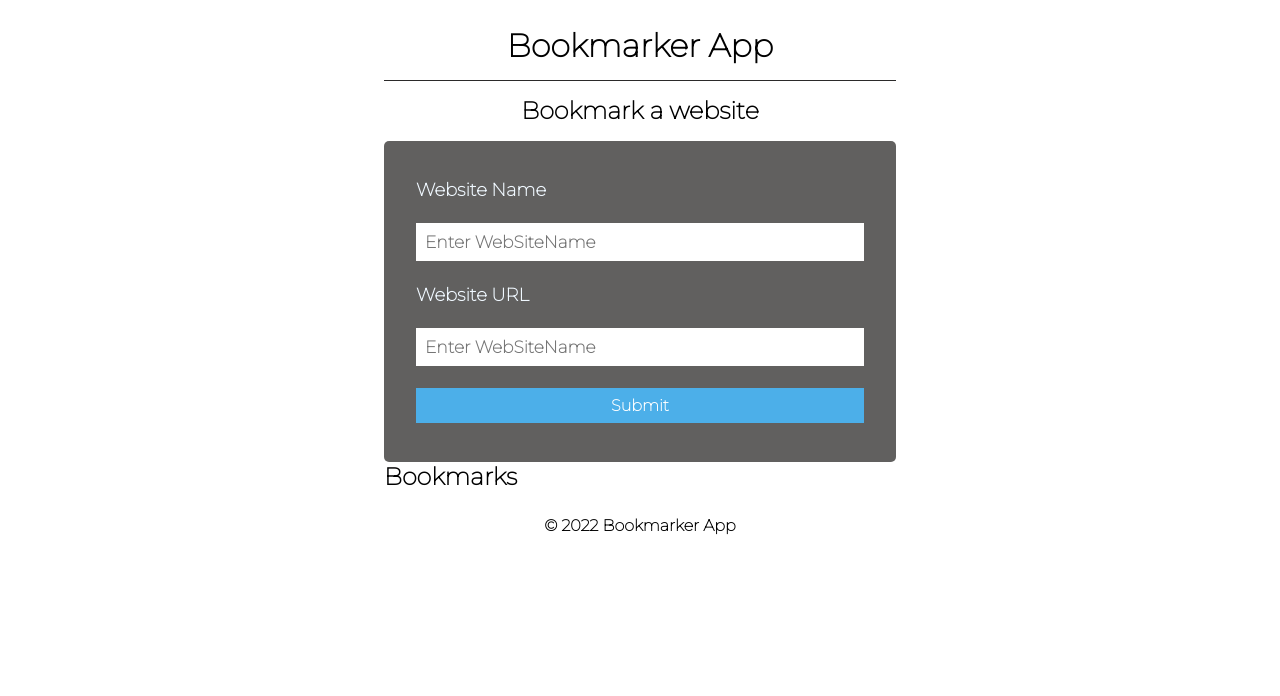
Repository: Suporl9/BookMarkerApp
Page: index.html
These files come from the project's save history. The page is drawn as it stood at one moment and after the next save; the edit follows.
The browser window is 1280 px wide. The pictures show the whole page.

Above is the page before, as saved 2021-11-23 21:54:10.

### index.html
<!DOCTYPE html>
<html lang="en">
  <head>
    <meta charset="UTF-8" />
    <meta http-equiv="X-UA-Compatible" content="IE=edge" />
    <meta name="viewport" content="width=device-width, initial-scale=1.0" />
    <link rel="stylesheet" href="./style.css" />
    <title>Document</title>
  </head>
  <body onload="fetchBookMarkData()">
    <div class="container">
      <div class="innerContainer">
        <div class="ininContainer">
          <div class="bookmarkerSection"><h1>Bookmarker App</h1></div>
          <!-- <h1>Bookmarker App</h1> -->
          <div class="vh"></div>
          <div class="formInput">
            <form class="formSec">
              <h2 class="h2class">Bookmark a website</h2>
              <div class="sitesec">
                <label class="labc" name="siteName">Website Name</label>
                <input
                  type="text"
                  name="sitename"
                  id="sitenameid"
                  placeholder="Enter WebSiteName"
                  class="inpClass"
                />
                <label class="labc" name="siteName">Website URL</label>
                <input
                  type="text"
                  name="sitename"
                  id="urlid"
                  class="inpClass"
                  placeholder="Enter WebSiteName"
                />
                <button class="submBtn">Submit</button>
              </div>
            </form>
          </div>
          <div class="toBeAdded">
            <h2>Bookmarks</h2>
          </div>
          <footer class="footer">
            <p>&copy; 2022 Bookmarker App</p>
          </footer>
        </div>
      </div>
    </div>
    <script src="main.js"></script>
  </body>
</html>

### style.css
@import url("https://fonts.googleapis.com/css2?family=Montserrat:wght@100&display=swap");

:root {
  --main-bg-color: rgb(255, 255, 255);
  --main-grey: rgb(97, 96, 95);
}
* {
  font-family: "Montserrat", sans-serif;
  box-sizing: border-box; /* includes padding in height and width(the box outside doesnot get bigger when adding padding and stuff)*/
  margin: 0;
  padding: 0;
  font-weight: bold;
  border: none;
}
body {
  width: 80%;
  margin: auto;
}
.container {
  font-family: "Montserrat", sans-serif;

  display: flex;
  justify-content: center;
}
.innerContainer {
  /* display: flex;
  flex-direction: column; */
  width: 50%;
  margin: auto;
  /* justify-content: center;
  align-self: center; */
}
.ininContainer {
  display: flex;
  flex-direction: column;
  margin-top: 5%;
  /* align-content: center; */
  /* justify-content: center; */
}
.bookmarkerSection {
  display: flex;
  justify-content: center;
}
.vh {
  border-bottom: 1px solid rgb(43, 42, 42);
  margin-top: 3%;
}
/* .formInput {
  display: flex;
  flex-direction: column;
  justify-content: center;
} */
.h2class {
  align-self: center;
  margin-bottom: 3%;
}
.formSec {
  display: flex;
  flex-direction: column;
  margin-top: 3%;
  /* justify-content: end; */
  /* width: 0%; */
  /* align-content: center; */
}
.sitesec {
  display: flex;
  flex-direction: column;
  background-color: var(--main-grey);
  padding: 1rem 2rem;
  /* padding-bottom: 2rem; */
  border-radius: 5px;
  color: aliceblue;
}
.submBtn {
  margin-top: 5%;
  margin-bottom: 5%;
  padding: 0.5rem;
  color: rgb(255, 255, 255);
  /* font-size: 14px; */
  font-size: 16px;
  font-weight: 900;
  background-color: rgb(76, 175, 233);
}
.inpClass {
  margin-top: 5%;
  padding: 2%;
  outline: none;
  font-size: 17px;
}
.labc {
  margin-top: 5%;
  font-size: 18px;
}
.footer {
  margin-top: 5%;
  align-self: center;
}
/* .formSec,
.sitesec {
  display: flex;
  flex-direction: column;
} */
/* .sitesec {
  display: flex;
  flex-direction: column;
}
 */
#ullist {
  background-color: rgb(160, 157, 157);
  border-radius: 10px;
  padding: 3rem;
  margin-top: 5%;
}
.nonesensediv {
  background-color: rgb(36, 36, 36);
  margin: 2% 0;
  border-radius: 5px;
  padding: 1rem;
  color: aliceblue;
  display: flex;
  flex-direction: column;
  /* justify-content: center; */
  align-items: center;
}
.pip {
  margin-bottom: 5%;
}

### main.js
//// @ts-check

let button = document.querySelector(".formSec");
button.addEventListener("submit", eventFunctionSubmit);
let sitename = document.getElementById("sitenameid");
let url = document.getElementById("urlid");

let hello = localStorage.getItem("data");
let retrivedData = JSON.parse(hello);
console.log("retrieved", retrivedData);

let arrayForData = [];
if (hello != null) {
  retrivedData.forEach((element) => {
    arrayForData.push(element);
  });
} else {
  arrayForData = [];
}

console.log("arrayfordata", arrayForData);

function eventFunctionSubmit(e) {
  e.preventDefault();

  console.log("it works?");
  let site = { sitenamekey: sitename.value, urlkey: url.value };
  arrayForData.push(site);

  localStorage.setItem("data", JSON.stringify(arrayForData));
}

console.log("hello", JSON.parse(hello));

// let toBeRenderedArrayList = [];
// let listt = document.getElementById("ullist");

// arrayForData.forEach((arr) => {
//   toBeRenderedArrayList.push(
//     "<div class=nonesensediv>" +
//       "<p class=pip>" +
//       arr.sitenamekey +
//       "</p>" +
//       "<h4>" +
//       arr.urlkey +
//       "</h4>" +
//       "</div>"
//   );
// });
// listt.innerHTML = toBeRenderedArrayList.join(" ");
function fetchBookMarkData() {
  let fetchedBookmarks = JSON.parse(localStorage.getItem("data"));
  console.log("fetchedbokks", fetchedBookmarks);
}

After the next save:
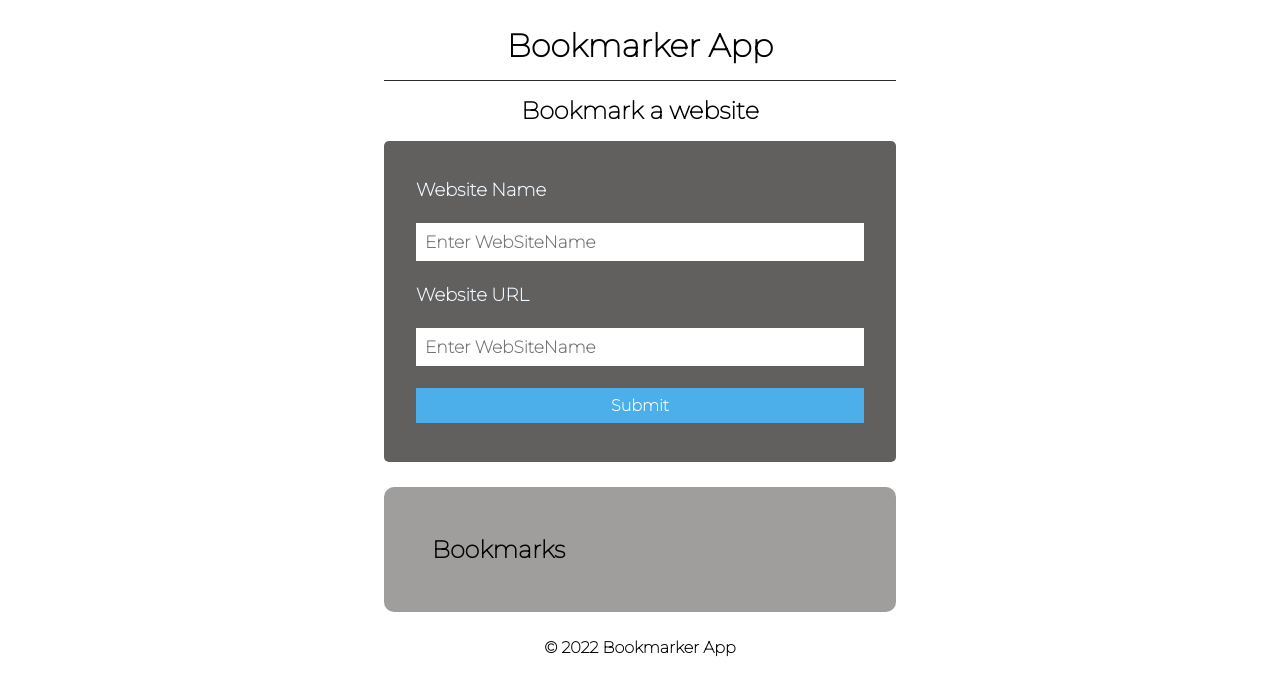
Saved 85 s later.
--- a/style.css
+++ b/style.css
@@ -105,7 +105,7 @@ body {
   flex-direction: column;
 }
  */
-#ullist {
+.toBeAdded {
   background-color: rgb(160, 157, 157);
   border-radius: 10px;
   padding: 3rem;
